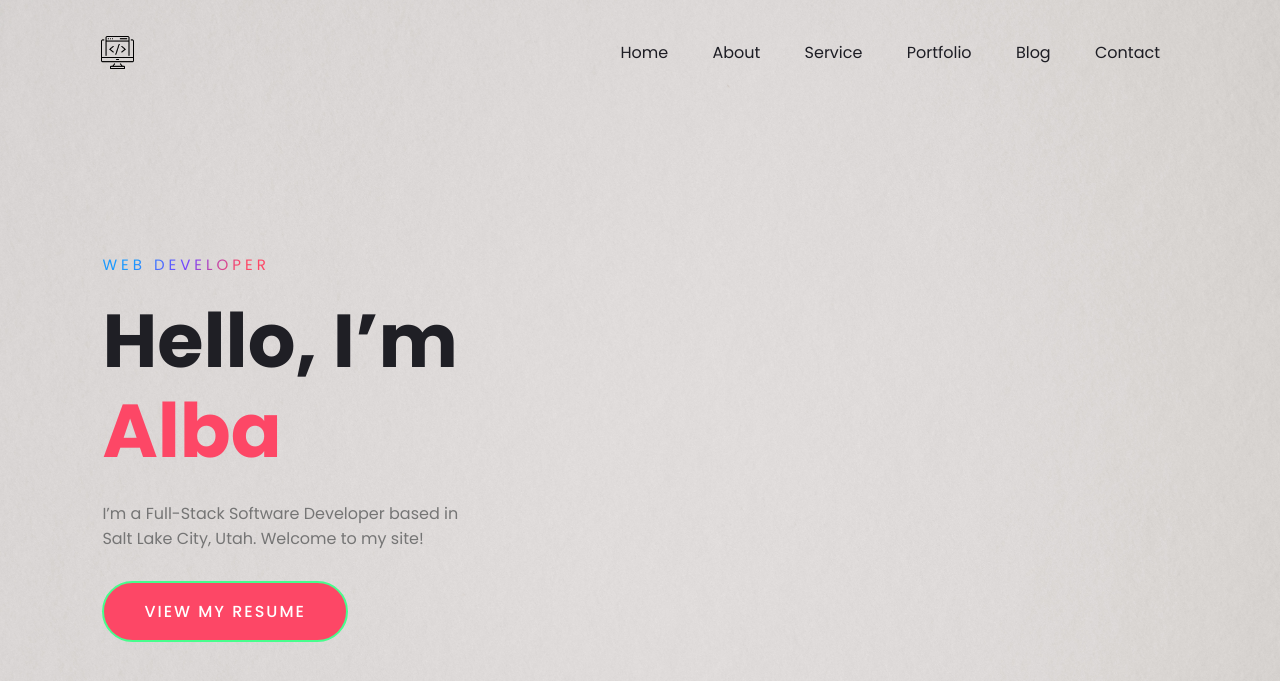
Repository: pilar122/port
Page: index.html
An editor plug-in stored every save of this project. The page is shown before and after the next save, followed by the edit.
The browser window is 1280 px wide. The pictures show the whole page.

Above is the page before, as saved 2022-01-29 12:30:39.

After the next save:
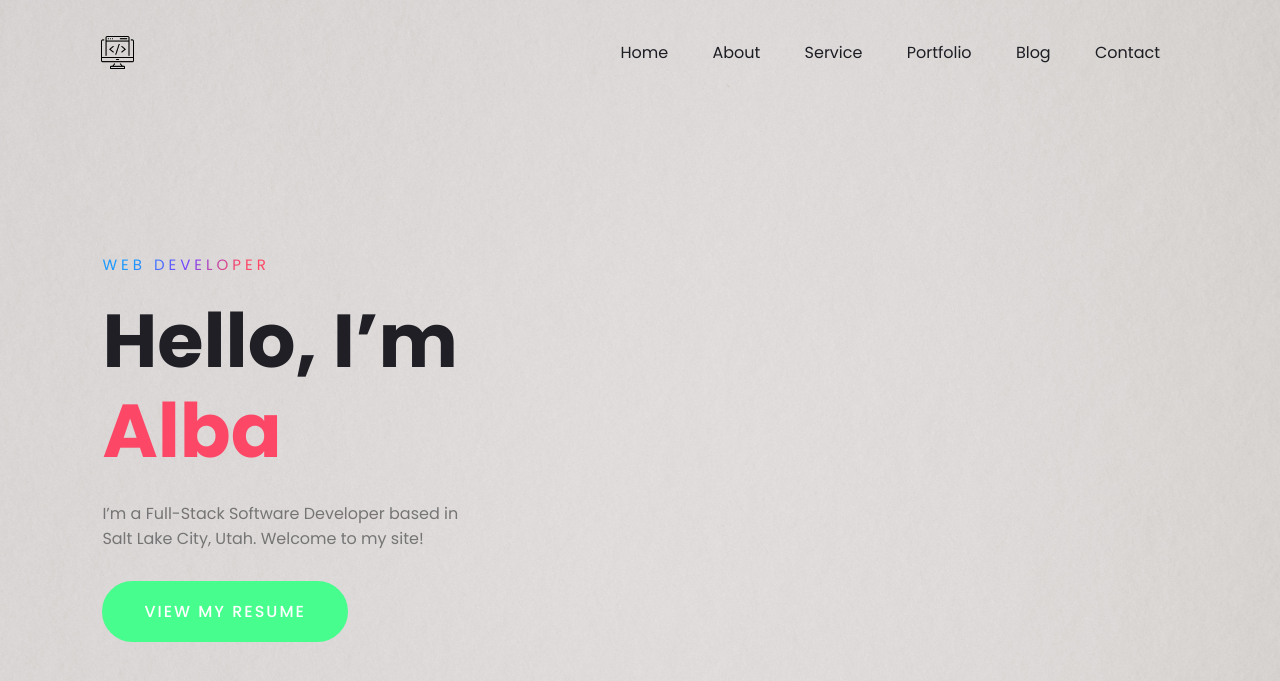
Saved 17 s later.
--- a/style.css
+++ b/style.css
@@ -60,7 +60,7 @@ nav ul li a:hover:after{
     font-weight: 500;
     transition: all .4s ease-in-out;
     background-size: 152% 100%;
-    background: #fd4766;
+    background: #47fd8d;
     border: 2px solid #47fd8d;
 }
 .btn:hover{
